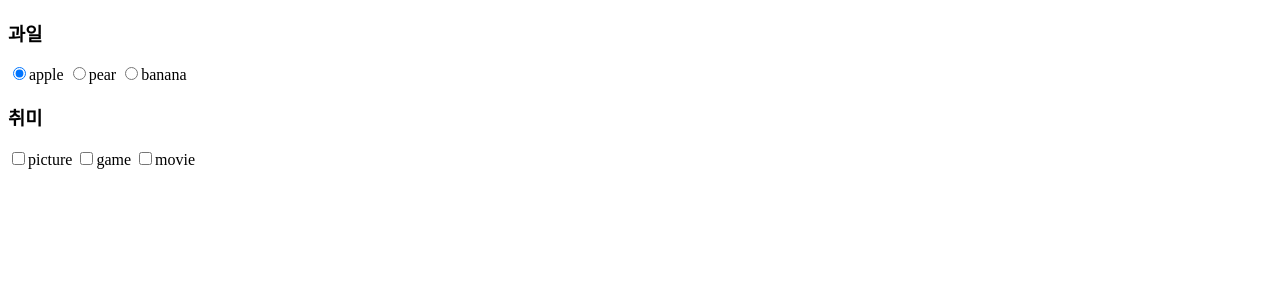
Repository: suhong99/servletLecture
Page: sample04/src/main/webapp/index.html
These files come from the project's save history. The page is drawn as it stood at one moment and after the next save; the edit follows.
The browser window is 1280 px wide. The pictures show the whole page.

Above is the page before, as saved 2023-06-27 04:28:08.

### sample04/src/main/webapp/index.html
<!DOCTYPE html>
<html>
<head>
<meta charset="UTF-8">
<title>Insert title here</title>
</head>
<body>
<h3>과일</h3>

<input type="radio" name="fruit" value="사과" checked>apple
<input type="radio" name="fruit" value="배">pear
<input type="radio" name="fruit" value="바나나">banana


<h3>취미</h3>

<input type="checkbox" name="hobby" value="그림그리기">picture
<input type="checkbox" name="hobby" value="게임">game
<input type="checkbox" name="hobby" value="영화보기">movie

</body>
</html>

After the next save:
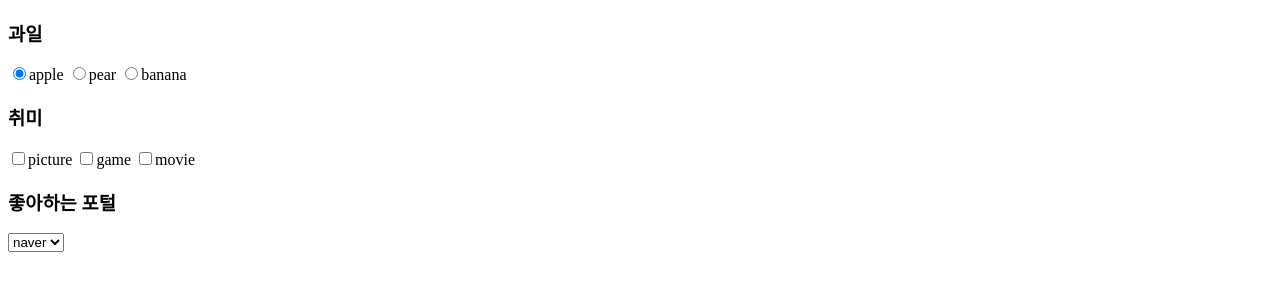
Saved 81 s later.
--- a/sample04/src/main/webapp/index.html
+++ b/sample04/src/main/webapp/index.html
@@ -18,5 +18,9 @@
 <input type="checkbox" name="hobby" value="게임">game
 <input type="checkbox" name="hobby" value="영화보기">movie
 
+<h3>좋아하는 포털</h3>
+<select>
+	<option value="네이버">naver</option>
+</select>
 </body>
 </html>
